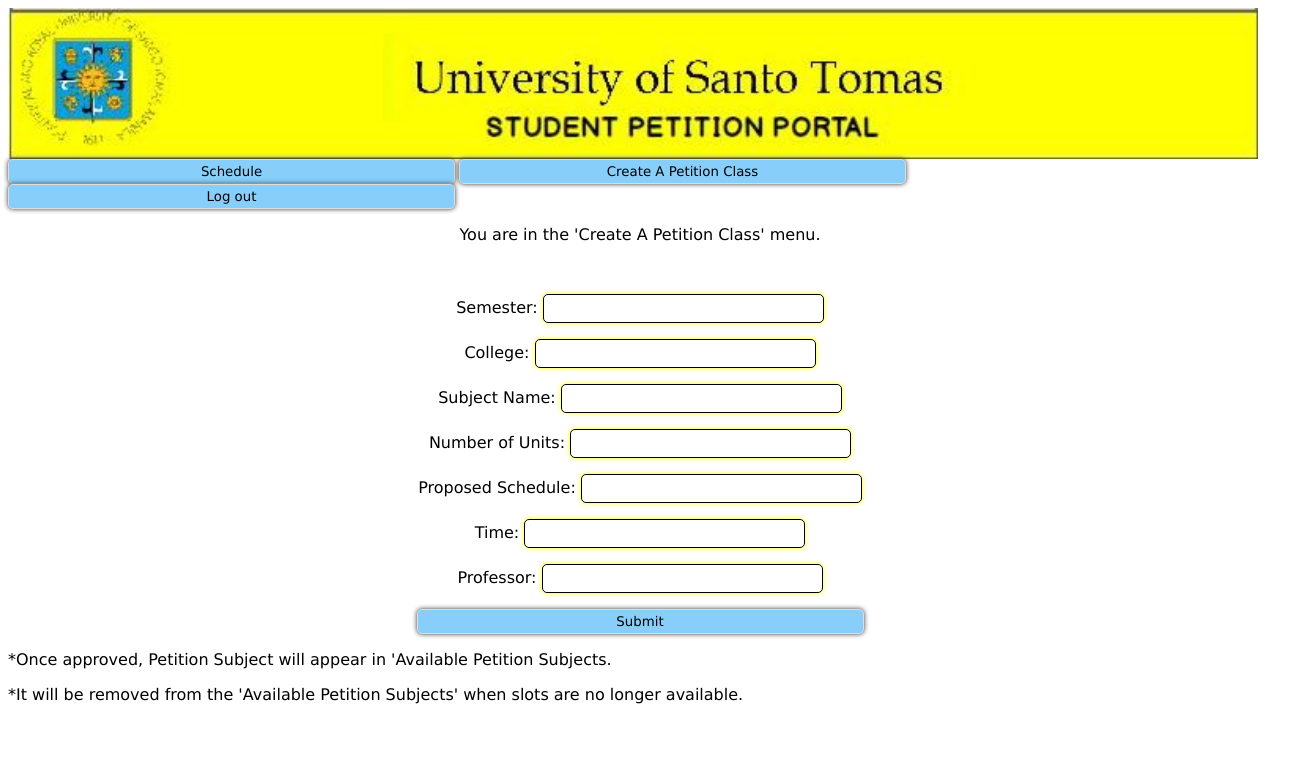
Repository: mawewatistel/PetitioningSystem
Page: http://localhost/SibuloTolentino/create.jsp
An editor plug-in stored every save of this project. The page is shown before and after the next save, followed by the edit.
The browser window is 1280 px wide. The page is 1280 px wide, then 1308 px, so the pictures cover 1308 px, including what lies to the right of the window. The pictures show the whole page.
The page is served by Tomcat 9.

Above is the page before, as saved 2016-05-10 04:23:38.

### SibuloTolentino/WebContent/create.jsp
<%@ page language="java" contentType="text/html; charset=ISO-8859-1"
    pageEncoding="ISO-8859-1"%>
<!DOCTYPE html PUBLIC "-//W3C//DTD HTML 4.01 Transitional//EN" "http://www.w3.org/TR/html4/loose.dtd">
<html>
<head>
<meta http-equiv="Content-Type" content="text/html; charset=ISO-8859-1">
<title>Petition class</title>
</head>
<body>
<form action ="petitionclasssubmit.jsp" method = "post">
<img src ="Images/ust.JPG" alt = "Missing Image!=" width = 1250 height= ><br>
<form><input type="submit" name="one" value="Schedule"/>
	<input type="submit" name="two"
			value="Create A Petition Class" >
<input type="submit"  name="three"value="Log out"></form>
<% if (request.getParameter("one") != null) {
    response.sendRedirect("home.jsp");
}
else if (request.getParameter("two") != null) {
    response.sendRedirect("create.jsp");
}
else if (request.getParameter("three") != null) {
    response.sendRedirect("index.jsp");
}
else if (request.getParameter("four") != null) {
    response.sendRedirect("petitionclasssubmit.jsp");
} %>

<center><p>You are in the 'Create A Petition Class' menu.</p></center></br>
<center><p>Semester: <input type="text" name="sem"/></p></center>
<center><p>College: <input type="text" name="college"/></p></center>
<center><p>Subject Name: <input type="text" name="subname"/></p></center>
<center><p>Number of Units: <input type="text" name="units"/></p></center>
<center><p>Proposed Schedule: <input type="text" name="propsched"/></p></center>
<center><p>Time: <input type="text" name="time"/></p></center>
<center><p>Professor: <input type="text" name="prof"/></p></center>
<center><form><input type="submit" name="four" value="Submit"/></center></form>
<p>*Once approved, Petition Subject will appear in 'Available Petition Subjects.</p>
<p>*It will be removed from the 'Available Petition Subjects' when slots are no longer available.</p><br><br>
<style>
h1 {
	font-family: consolas;
	font-size: 300%;
	color: blue;
}

h2 {
	font-family: calibri;
}

input[type="submit"] {
	background: #87CEFA;
	border: 1px double #DDD;
	border-radius: 5px;
	box-shadow: 0 0 5px #333;
	color:;
	outline: none;
	height: 25px;
	width: 447px;
	font-family: "verdana";
	font-color: black;
}

p {
	font-family: "verdana";
}

input[type="text"] {
	background: white;
	border: 1px double black;
	border-radius: 5px;
	box-shadow: 0 0 5px yellow;
	color: black;
	outline: center;
	height: 25px;
	width: 275px;
	font-family: "verdana";
}
</style>
</body>
</html>

After the next save:
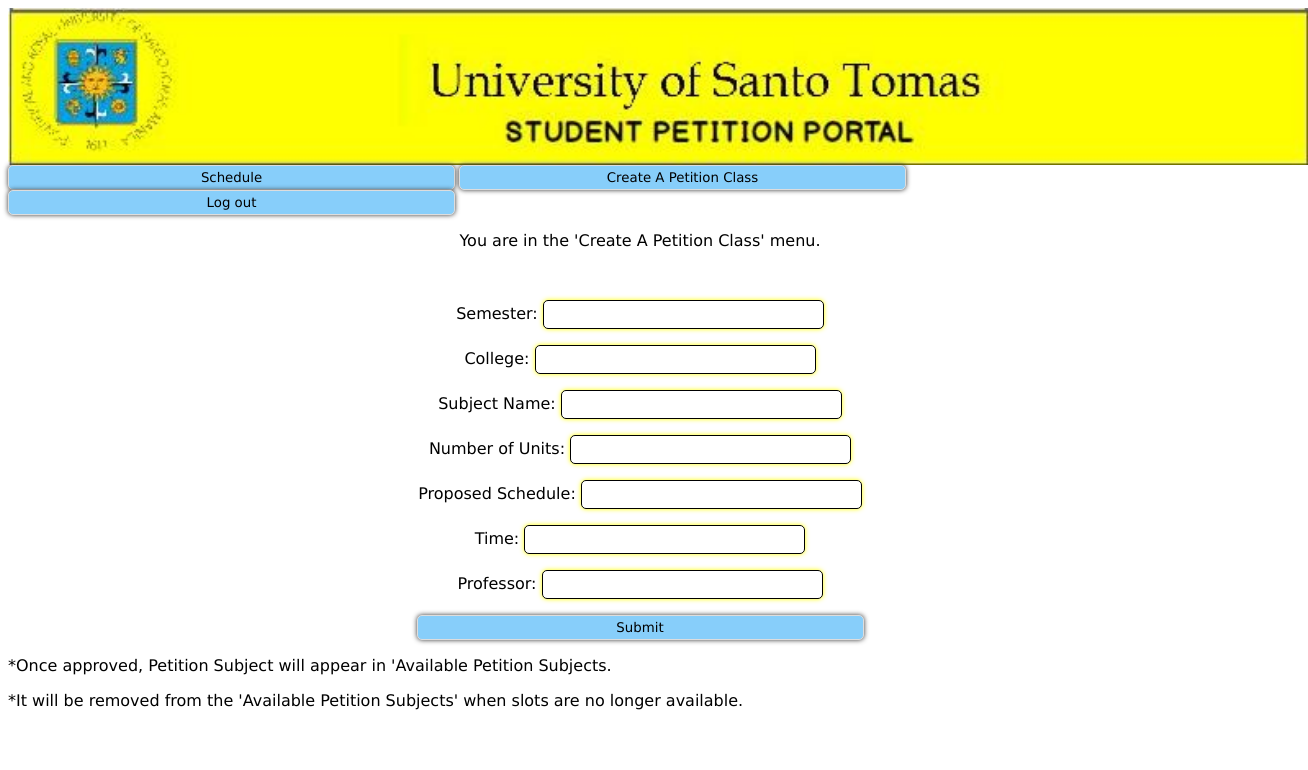
Saved 12 s later.
--- a/SibuloTolentino/WebContent/create.jsp
+++ b/SibuloTolentino/WebContent/create.jsp
@@ -8,7 +8,7 @@
 </head>
 <body>
 <form action ="petitionclasssubmit.jsp" method = "post">
-<img src ="Images/ust.JPG" alt = "Missing Image!=" width = 1250 height= ><br>
+<img src ="Images/ust.JPG" alt = "Missing Image!=" width = 1300 height= ><br>
 <form><input type="submit" name="one" value="Schedule"/>
 	<input type="submit" name="two"
 			value="Create A Petition Class" >
